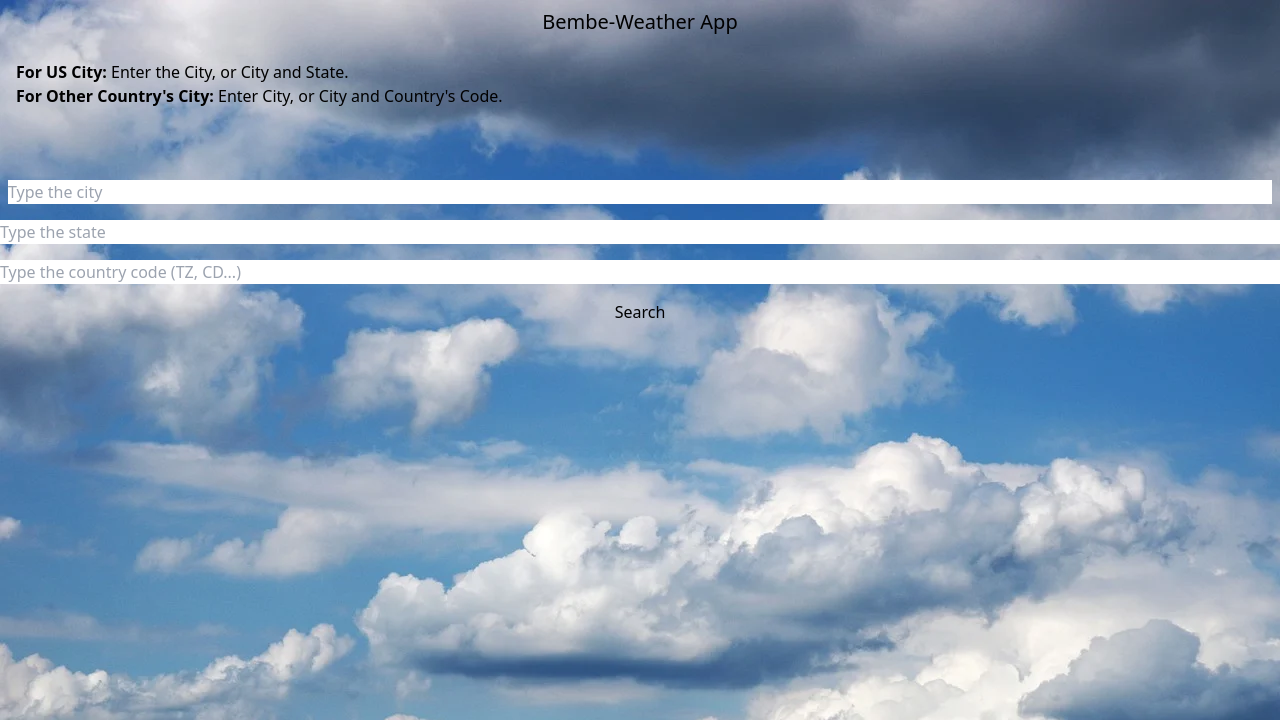
Repository: ShindanoSingi/bembe-weather
Page: /
These files come from the project's save history. The page is drawn as it stood at one moment and after a run of saves; the edit follows.
The browser window is 1280 px wide. The pictures show the whole page.
The page's requests for data from a server got no answer. The project was rebuilt for these pictures with package versions that can differ from the ones it lists, and the page was loaded fresh each time. No one was signed in, and anything a server would have sent is missing.

Above is the page before, as saved 2022-09-14 03:05:08.

After the next 2 saves:
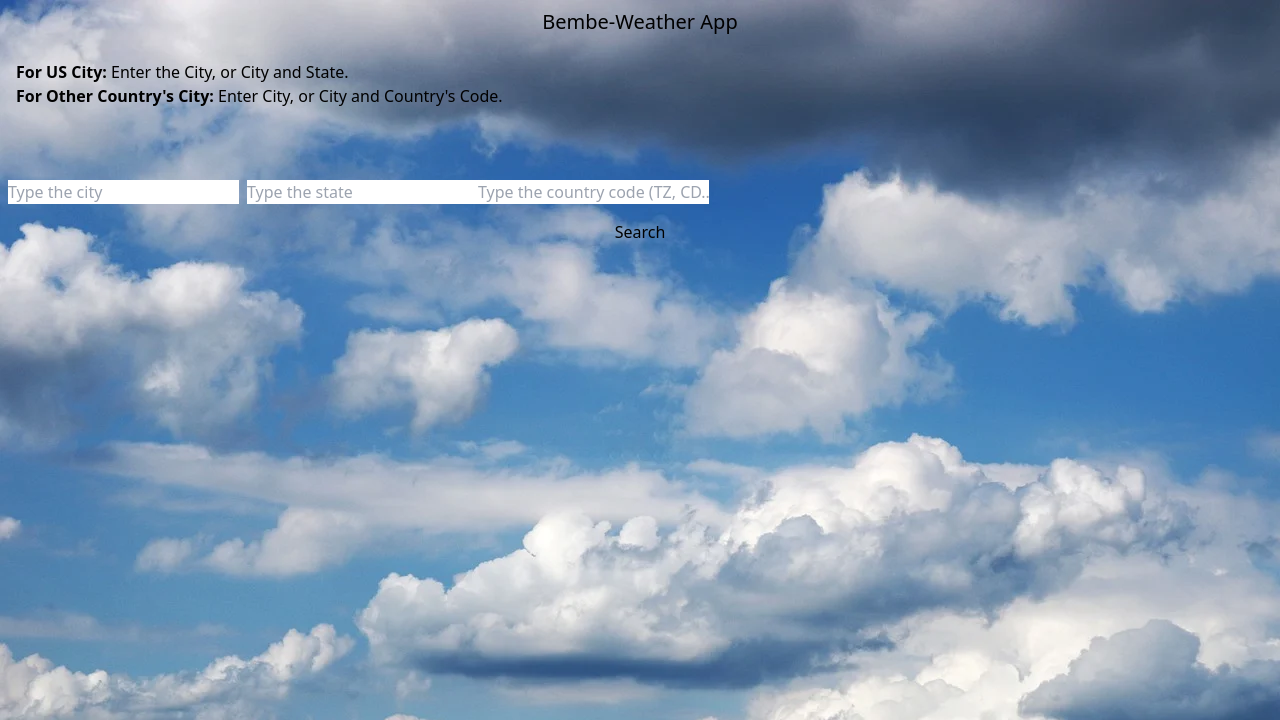
The 2 saves are shown as one change because they came seconds apart.
The last was saved 41 s later.
--- a/src/components/SearchForm.js
+++ b/src/components/SearchForm.js
@@ -12,8 +12,8 @@
   return (
     <div >
       <form className="flex flex-col gap-4 form-container" onSubmit={handleSubmit} d-flex>
-        {/* City Input */}
-        <input
+        <div>
+          <input
           className="mx-2 cityInput"
           placeholder="Type the city"
           type="text"
@@ -42,6 +42,9 @@
           onChange={handleChangeCountry}
           value={country}
         />
+        </div>
+        {/* City Input */}
+
 
         <button className="submitButton" type="submit">
           Search
